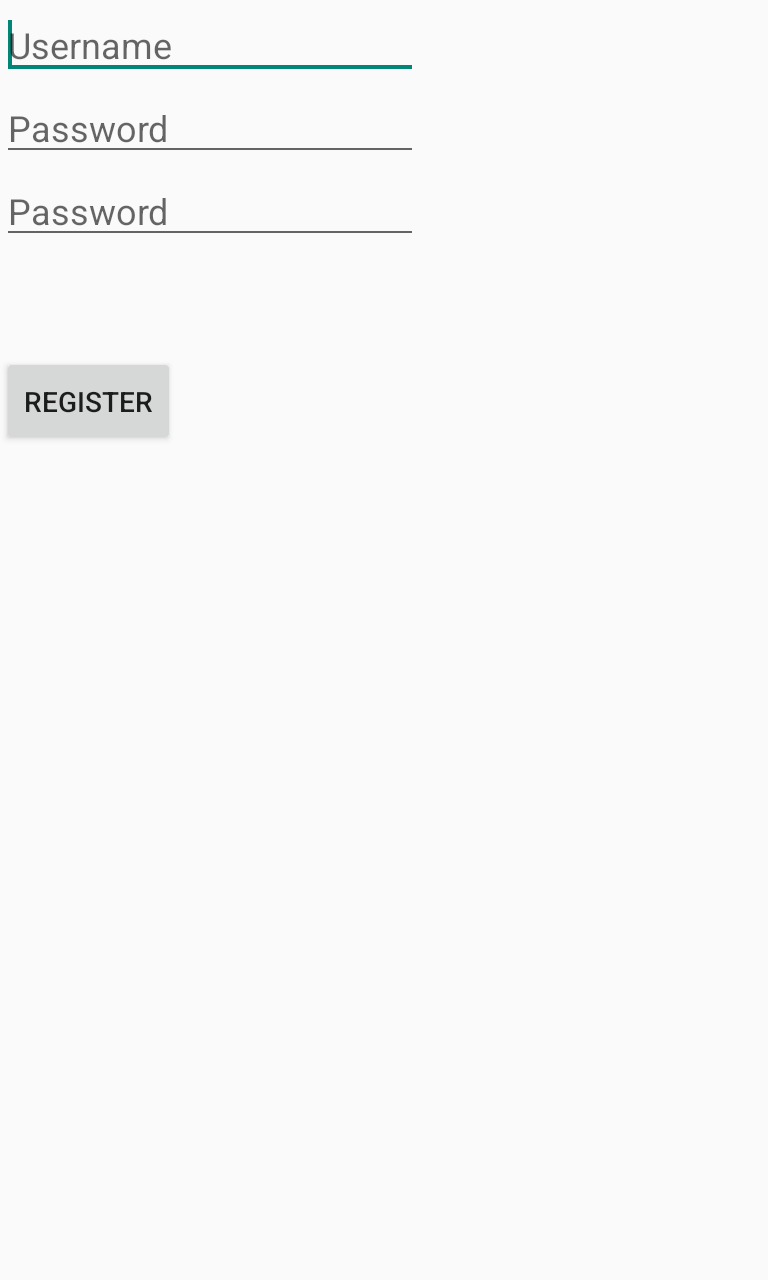
Repository: andrei-pl/PhotoWorld
Layout: Login/res/layout/register_layout.xml
These files come from the project's save history. The layout is drawn as it stood at one moment and after the next save; the edit follows.
It is drawn on a 768 x 1280 px phone screen (xhdpi) without system bars, with theme AppTheme; the app's code is not run.

Above is the layout before, as saved 2014-10-11 01:02:12.

After the next save:
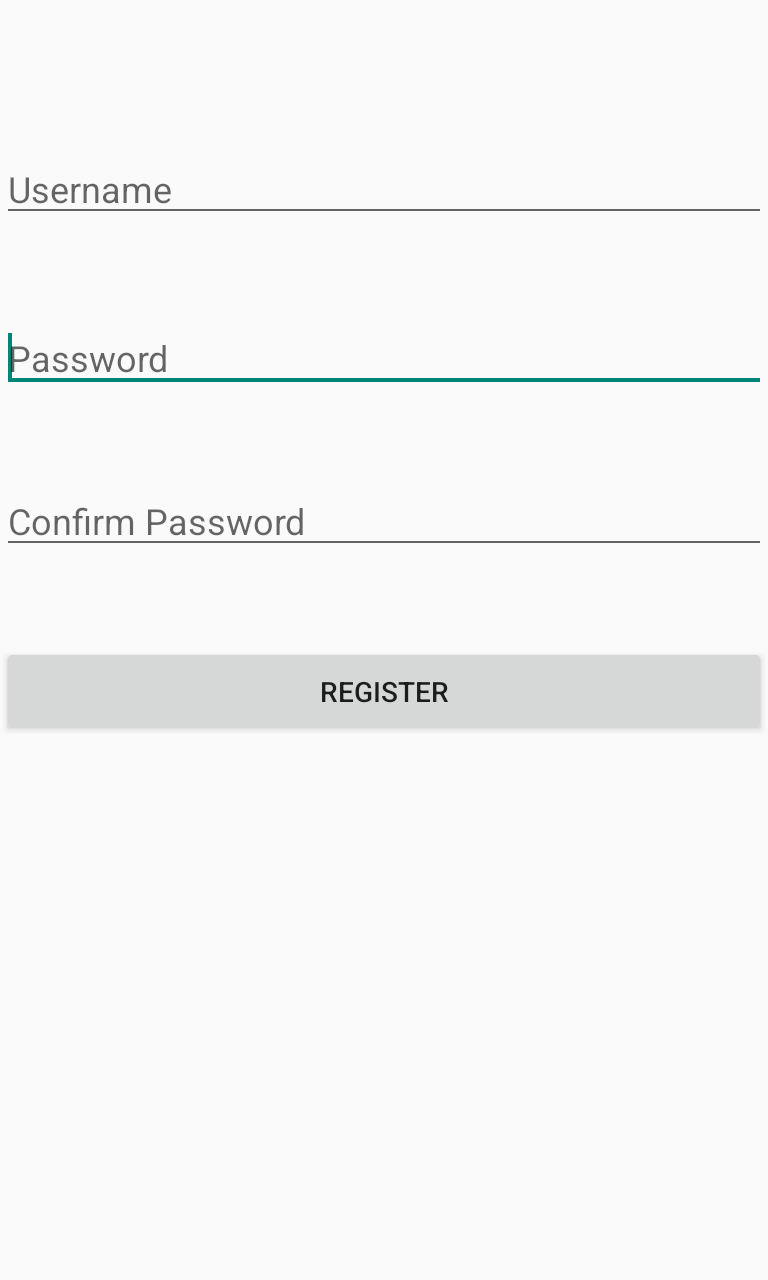
Saved 1 s later.
--- a/Login/res/layout/register_layout.xml
+++ b/Login/res/layout/register_layout.xml
@@ -4,35 +4,41 @@
     android:layout_height="match_parent" >
 
     <EditText
-        android:id="@+id/editText1"
+        android:id="@+id/txtLogUser"
         android:layout_width="wrap_content"
         android:layout_height="wrap_content"
         android:layout_alignParentLeft="true"
+        android:layout_alignParentRight="true"
         android:layout_alignParentTop="true"
+        android:layout_marginTop="72dp"
         android:ems="10"
-        android:hint="Username" >
+        android:hint="Username" />
+
+    <EditText
+        android:id="@+id/txtLogPass"
+        android:layout_width="wrap_content"
+        android:layout_height="wrap_content"
+        android:layout_alignParentLeft="true"
+        android:layout_alignParentRight="true"
+        android:layout_below="@+id/txtLogUser"
+        android:layout_marginTop="43dp"
+        android:ems="10"
+        android:hint="Password"
+        android:inputType="textPassword" >
 
         <requestFocus />
     </EditText>
-
-    <EditText
-        android:id="@+id/editText2"
-        android:layout_width="wrap_content"
-        android:layout_height="wrap_content"
-        android:layout_alignParentLeft="true"
-        android:layout_below="@+id/editText1"
-        android:ems="10"
-        android:hint="Password"
-        android:inputType="textPassword" />
 
     <EditText
         android:id="@+id/editText3"
         android:layout_width="wrap_content"
         android:layout_height="wrap_content"
         android:layout_alignParentLeft="true"
-        android:layout_below="@+id/editText2"
+        android:layout_alignParentRight="true"
+        android:layout_below="@+id/txtLogPass"
+        android:layout_marginTop="40dp"
         android:ems="10"
-        android:hint="Password"
+        android:hint="Confirm Password"
         android:inputType="textPassword" />
 
     <Button
@@ -40,8 +46,9 @@
         android:layout_width="wrap_content"
         android:layout_height="wrap_content"
         android:layout_alignParentLeft="true"
+        android:layout_alignParentRight="true"
         android:layout_below="@+id/editText3"
-        android:layout_marginTop="52dp"
+        android:layout_marginTop="42dp"
         android:text="Register" />
 
 </RelativeLayout>
